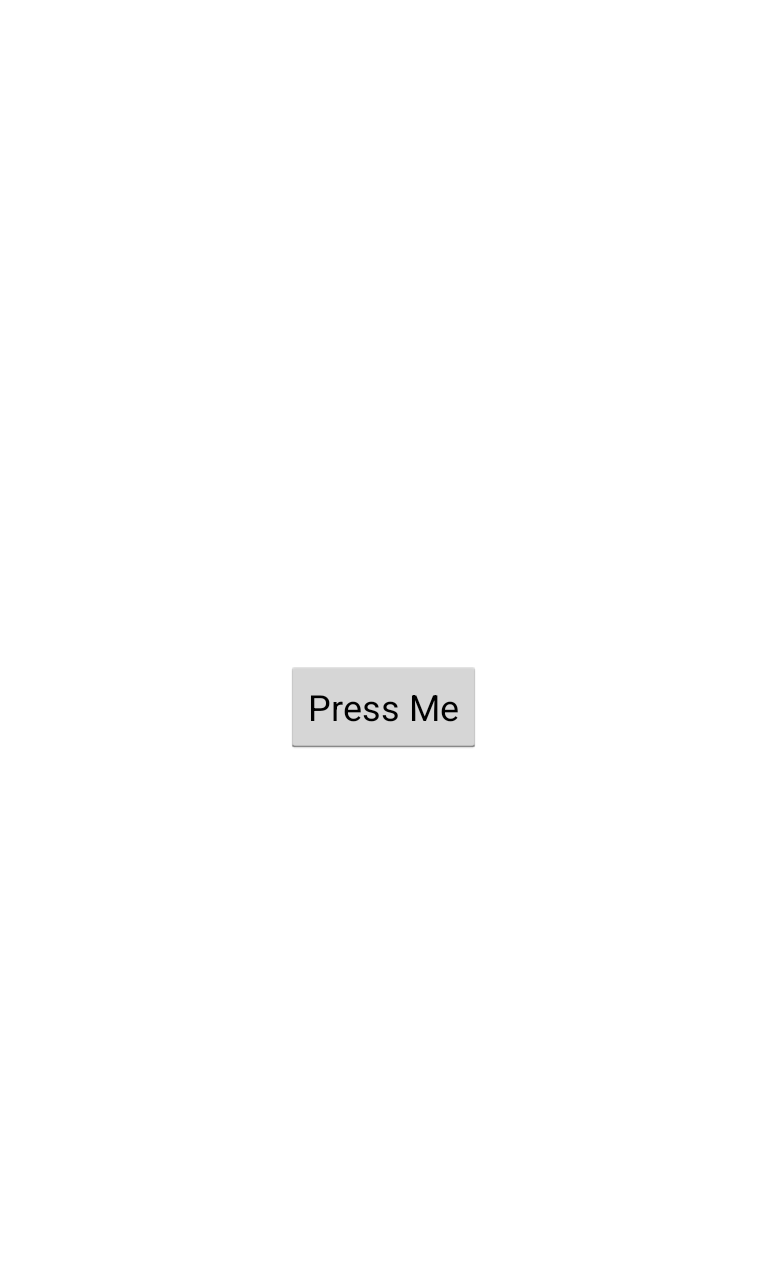
Repository: ArisKots1992/Software-Development
Layout: Anaptiksi Logismikou/Anaptiksi Logismikou/AdminClientApplication/res/layout/first_tab.xml
These files come from the project's save history. The layout is drawn as it stood at one moment and after the next save; the edit follows.
It is drawn on a 768 x 1280 px phone screen (xhdpi) without system bars, with theme AppTheme; the app's code is not run.

Above is the layout before, as saved 2015-01-17 15:25:25.

### Anaptiksi Logismikou/Anaptiksi Logismikou/AdminClientApplication/res/layout/first_tab.xml
<?xml version="1.0" encoding="utf-8"?>
<LinearLayout xmlns:android="http://schemas.android.com/apk/res/android"
    android:layout_width="match_parent"
    android:layout_height="match_parent"
    android:gravity="center"
    android:orientation="vertical" >
    <TextView
        android:id="@+id/textView"
        android:layout_width="wrap_content"
        android:layout_height="wrap_content"
        android:textSize="50sp"/>

    <Button
        android:id="@+id/button1"
        android:layout_width="wrap_content"
        android:layout_height="wrap_content"
        android:text="Press Me" />

</LinearLayout>

### Anaptiksi Logismikou/Anaptiksi Logismikou/AdminClientApplication/res/values/styles.xml
<resources>

    <!--
        Base application theme, dependent on API level. This theme is replaced
        by AppBaseTheme from res/values-vXX/styles.xml on newer devices.
    -->
    <style name="AppBaseTheme" parent="android:Theme.Light">
        <!--
            Theme customizations available in newer API levels can go in
            res/values-vXX/styles.xml, while customizations related to
            backward-compatibility can go here.
        -->
    </style>

    <!-- Application theme. -->
    <style name="AppTheme" parent="AppBaseTheme">
        <!-- All customizations that are NOT specific to a particular API-level can go here. -->
    </style>

    <style name="CustomStyleButton" parent="@android:style/Widget.Button">
		<item name="android:textSize">16sp</item>
 		<item name="android:textStyle">bold</item>
 		<item name="android:textColor">#dedfdc</item>
 		<item name="android:gravity">center</item>
 		<item name="android:shadowColor">#000000</item>
 		<item name="android:shadowDx">1</item>
 		<item name="android:shadowDy">1</item>
 		<item name="android:shadowRadius">0.6</item>
 		<item  name="android:background">@drawable/custom_button</item>
 		<item name="android:padding">10dip</item>
	</style>
</resources>

Loaded but not shown: Anaptiksi Logismikou/Anaptiksi Logismikou/AdminClientApplication/res/values-v11/styles.xml (common file); Anaptiksi Logismikou/Anaptiksi Logismikou/AdminClientApplication/res/values-v14/styles.xml (common file)

After the next save:
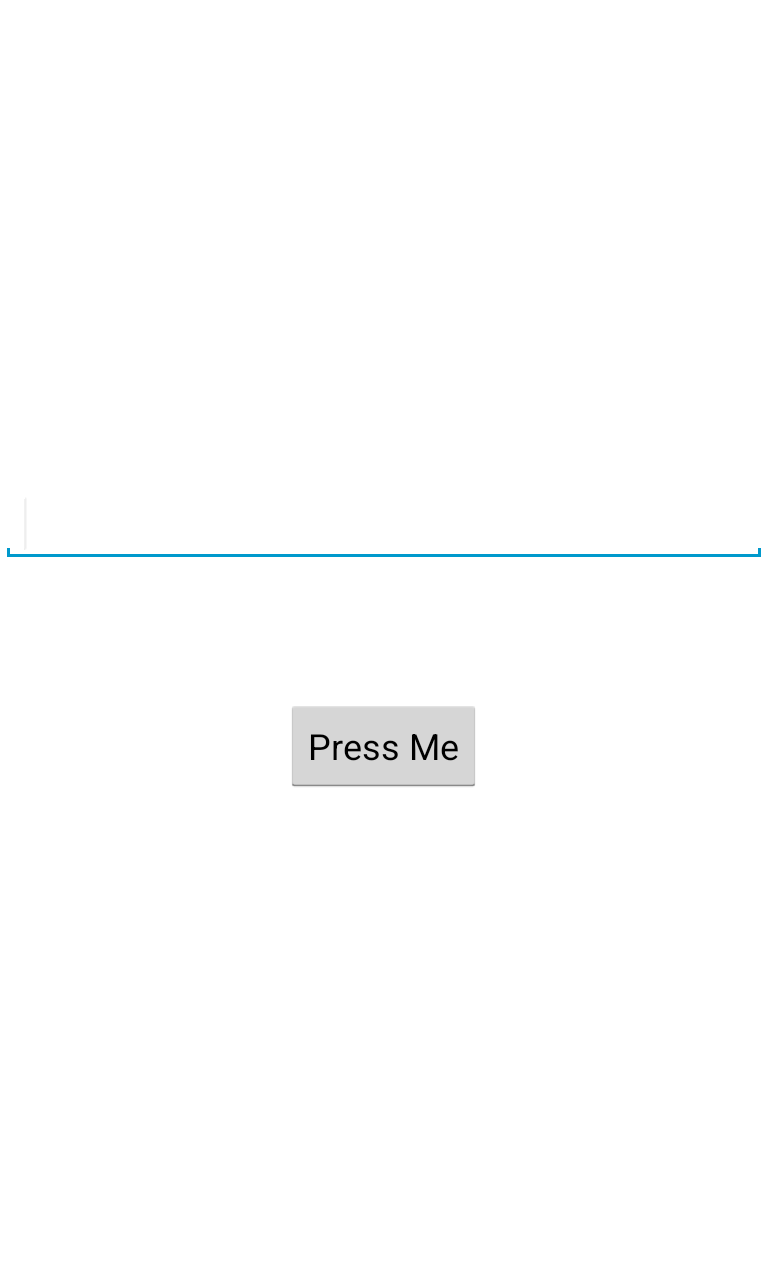
Saved 13 min 4 s later.
--- a/Anaptiksi Logismikou/Anaptiksi Logismikou/AdminClientApplication/res/layout/first_tab.xml
+++ b/Anaptiksi Logismikou/Anaptiksi Logismikou/AdminClientApplication/res/layout/first_tab.xml
@@ -4,6 +4,16 @@
     android:layout_height="match_parent"
     android:gravity="center"
     android:orientation="vertical" >
+
+    <EditText
+        android:id="@+id/editText1"
+        android:layout_width="match_parent"
+        android:layout_height="wrap_content"
+        android:ems="10" >
+
+        <requestFocus />
+    </EditText>
+
     <TextView
         android:id="@+id/textView"
         android:layout_width="wrap_content"
